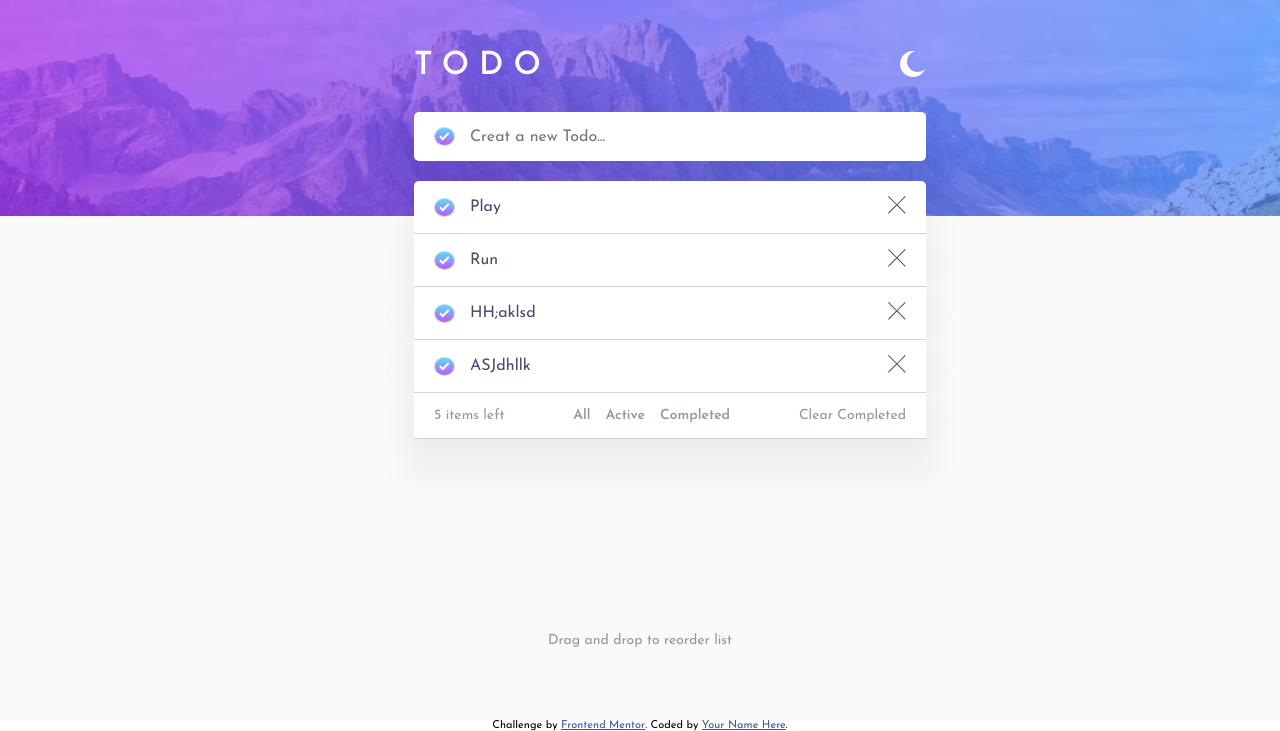
Repository: Baraajad231/Todo-app
Page: /
These files come from the project's save history. The page is drawn as it stood at one moment and after the next save; the edit follows.
The browser window is 1280 px wide. The pictures show the whole page.
The project was rebuilt for these pictures with package versions that can differ from the ones it lists, and the page was loaded fresh each time. Also part of the build but not shown: vite.config.js.

Above is the page before, as saved 2025-12-30 17:15:23.

### index.html
<!DOCTYPE html>
<html lang="en" data-theme="light">
  <head>
    <meta charset="UTF-8" />
    <meta name="viewport" content="width=device-width, initial-scale=1.0" />
    <!-- displays site properly based on user's device -->

    <link
      rel="icon"
      type="image/png"
      sizes="32x32"
      href="./images/favicon-32x32.png"
    />

    <title>Frontend Mentor | Todo app</title>

    <!-- Feel free to remove these styles or customise in your own stylesheet 👍 -->
    <style>
      .attribution {
        font-size: 11px;
        text-align: center;
      }
      .attribution a {
        color: hsl(228, 45%, 44%);
      }
    </style>

    <link rel="preconnect" href="https://fonts.googleapis.com" />
    <link rel="preconnect" href="https://fonts.gstatic.com" crossorigin />
    <link
      href="https://fonts.googleapis.com/css2?family=Josefin+Sans:ital,wght@0,100..700;1,100..700&display=swap"
      rel="stylesheet"
    />

    <link rel="stylesheet" href="./styles/style.scss" />
  </head>
  <body>
    <div class="container">
      <picture class="background-Wrapper">
        <source
          media="(min-width:465px)"
          srcset="images/bg-desktop-light.jpg"
        />
        <img
          src="images/bg-mobile-light.jpg"
          alt="bg-mobile-light"
          class="background background-light"
        />
      </picture>

      <div class="todo">
        <div class="todo__header">
          <h1 class="todo__title">TODO</h1>
          <button class="todo__theme button">
            <img src="images/icon-moon.svg" alt="moon icon" />
          </button>
        </div>
        <ul class="todo__list">
          <li class="todo__list__row todo__list__row-input">
            <button class="checkbox button">
              <img
                src="./images/icon-check.svg"
                alt="check"
                class="checkbox__icon"
              />
            </button>
            <input
              type="text"
              placeholder="Creat a new Todo..."
              class="todo__list__input"
            />
          </li>

          <li class="todo__list__row">
            <button class="checkbox button">
              <img
                src="./images/icon-check.svg"
                alt="check"
                class="checkbox__icon"
              />
            </button>
            <span class="todo__list__task">Play</span>
            <button class="remove-btn button">
              <img src="./images/icon-cross.svg" alt="" class="remove-icon" />
            </button>
          </li>
          <li class="todo__list__row">
            <button class="checkbox button">
              <img
                src="./images/icon-check.svg"
                alt="check"
                class="checkbox__icon"
              />
            </button>
            <span class="todo__list__task">Run</span>
            <button class="remove-btn button">
              <img src="./images/icon-cross.svg" alt="" class="remove-icon" />
            </button>
          </li>
          <li class="todo__list__row">
            <button class="checkbox button">
              <img
                src="./images/icon-check.svg"
                alt="check"
                class="checkbox__icon"
              />
            </button>
            <span class="todo__list__task">HH;aklsd</span>
            <button class="remove-btn button">
              <img src="./images/icon-cross.svg" alt="" class="remove-icon" />
            </button>
          </li>
          <li class="todo__list__row">
            <button class="checkbox button">
              <img
                src="./images/icon-check.svg"
                alt="check"
                class="checkbox__icon"
              />
            </button>
            <span class="todo__list__task">ASJdhllk</span>
            <button class="remove-btn button">
              <img src="./images/icon-cross.svg" alt="" class="remove-icon" />
            </button>
          </li>
          <!-- For mobile -->
          <!-- <li class="todo__list__row todo__list__row--meta">
            <div class="todo__items-left">
              <span class="todo__items-count">5</span>
              <span class="todo__items-text">items left</span>
            </div>

            <button class="todo__list-clear button">Clear Completed</button>
          </li>

          <li class="todo__list__row todo__list__row--filter">
            <button class="todo__list-all button button-filter">All</button>
            <button class="todo__list-active button button-filter">
              Active
            </button>
            <button class="todo__list-completed button button-filter">
              Completed
            </button>
          </li> -->

          <!-- for desktop -->
          <li class="todo__list__row todo__list__row--control">
            <div class="todo__items-left">
              <span class="todo__items-count">5</span>
              <span class="todo__items-text">items left</span>
            </div>

            <div class="todo__list--filter">
              <button class="todo__list-all button button-filter">All</button>
              <button class="todo__list-active button button-filter">
                Active
              </button>
              <button class="todo__list-completed button button-filter">
                Completed
              </button>
            </div>

            <button class="todo__list-clear button">Clear Completed</button>
          </li>
        </ul>
      </div>
    </div>
    <p class="note">Drag and drop to reorder list</p>

    <div class="attribution">
      Challenge by
      <a href="https://www.frontendmentor.io?ref=challenge" target="_blank"
        >Frontend Mentor</a
      >. Coded by <a href="#">Your Name Here</a>.
    </div>
  </body>
</html>

### styles/style.scss
/*variables*/
:root {
  /* ===== Brand / Primary ===== */
  --color-primary: hsl(220, 98%, 61%);

  --gradient-check: linear-gradient(hsl(192, 100%, 67%), hsl(280, 87%, 65%));

  /* ===== Typography ===== */
  --font-family-base: "Josefin Sans", sans-serif;
  --font-size-base: 16px;
  --font-weight-regular: 400;
  --font-weight-bold: 700;
}

:root[data-theme="light"] {
  --color-bg: hsl(0, 0%, 98%);
  --color-surface: #ffffff;

  --color-text-primary: hsl(235, 19%, 35%);
  --color-text-secondary: hsl(236, 9%, 61%);

  --color-border: hsl(233, 11%, 84%);
  --color-completed: hsl(234, 39%, 85%);
}

:root[data-theme="dark"] {
  --color-bg: hsl(235, 21%, 11%);
  --color-surface: hsl(235, 24%, 19%);

  --color-text-primary: hsl(234, 39%, 85%);
  --color-text-secondary: hsl(236, 9%, 61%);

  --color-border: hsl(237, 14%, 26%);
  --color-muted: hsl(233, 14%, 35%);
}

/* Reset */
* {
  margin: 0;
  padding: 0;
  font: inherit;
}

*,
*::after,
*::before {
  box-sizing: border-box;
}

a {
  color: inherit;
  display: inline-block;
}

button,
[type="submit"] {
  background-color: transparent;
  border: none;
  cursor: pointer;
}

ul,
ol {
  list-style: none;
}

html {
  font-size: 62.5%;
}

body {
  font-size: 1.6rem;
  font-family: var(--font-family-base);
  color: var(--color-text-primar);
}
/* End Reset */

/*container*/
.container {
  position: relative;
  height: 100vh;
  background-color: var(--color-bg);
}
.background {
  width: 100vw;
  @media (min-width: 1025px) {
    height: 30%;
  }
}

.todo {
  display: flex;
  flex-direction: column;
  gap: 3rem;
  position: absolute;
  top: 0;
  width: calc(100% - 6rem);
  margin: 5rem 3rem;

  @media (min-width: 768px) {
    width: 70%;
    left: 50%;
    transform: translateX(-50%);
  }

  @media (min-width: 950px) {
    width: 40%;
    left: 50%;
    transform: translateX(-50%);
  }

  &__header {
    display: flex;
    justify-content: space-between;
    .todo__title {
      font-size: 2.4rem;
      color: white;
      letter-spacing: 1rem;
      font-weight: 600;

      @media (min-width: 950px) {
        font-size: 3.2rem;
      }
      @media (min-width: 768px) {
      }
    }
  }

  &__list {
    font-size: 1.2rem;

    @media (min-width: 950px) {
      font-size: 1.6rem;
    }

    &__row {
      background-color: var(--color-surface);
      padding: 1.5rem 2rem;
      display: flex;
      align-items: center;
      color: var(--color-text-primary);
      box-shadow: 0 3rem 3rem 1rem rgba(0, 0, 0, 0.045);
      &--completed {
        text-decoration: line-through;
        color: var(--color-completed);
      }
      &:nth-child(2) {
        border-radius: 0.5rem 0.5rem 0 0;
      }

      & .checkbox {
        border: 1px solid var(--color-border);
        border-radius: 50%;
        background: var(--gradient-check);
        margin-right: 1rem;
        display: flex;
        align-items: center;
        justify-content: center;
        @media (min-width: 950px) {
          margin-right: 1.5rem;
        }

        &__icon {
          padding: 0.4rem;
        }
      }

      & .todo__list__task {
        margin-right: auto;
      }
      &-input {
        margin-bottom: 1.5rem;

        @media (min-width: 950px) {
          margin-bottom: 2rem;
        }
        & .todo__list__input {
          border: none;
          background-color: transparent;

          &:focus {
            outline: none;
            caret-color: var(--color-primary);
          }
        }
      }

      &:not(&-input, &--filter, &--meta) {
        border-bottom: 1px solid var(--color-border);
      }

      &--meta {
        display: flex;
        justify-content: space-between;

        border-radius: 0 0 0.5rem 0.5rem;
      }

      &--filter {
        display: flex;
        justify-content: center;
        gap: 2rem;
        margin-top: 2rem;
        font-size: 1.4rem;
      }
      &--filter,
      &-input {
        border-radius: 0.5rem;
      }
      &--filter,
      &--meta {
        color: var(--color-text-secondary);
      }

      &--control {
        display: flex;
        justify-content: space-between;
        font-size: 1.4rem;
        color: var(--color-text-secondary);

        & .todo__list--filter {
          display: flex;
          gap: 1.5rem;
        }
      }
    }
  }
}

.note {
  position: absolute;
  bottom: 10%;
  left: 50%;
  transform: translateX(-50%);
  width: max-content;
  font-size: 1.4rem;
  color: var(--color-text-secondary);
}

.button {
  color: var(--color-text-secondary);

  &:active {
    transform: scale(0.9);
    color: var(--color-text-primary);
  }

  &-filter {
    &:focus {
      color: var(--color-primary);
    }
    font-weight: 600;
  }
}

After the next save:
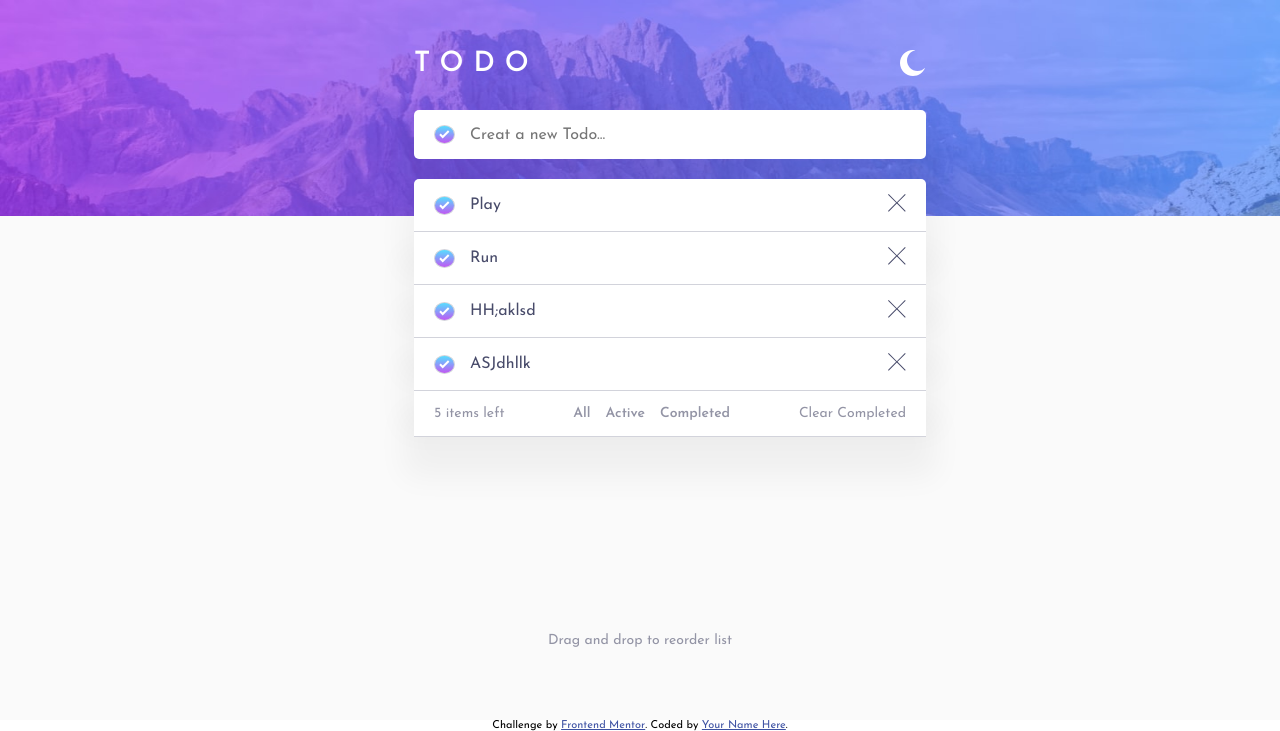
Saved 11 s later.
--- a/styles/style.scss
+++ b/styles/style.scss
@@ -122,6 +122,7 @@ body {
         font-size: 3.2rem;
       }
       @media (min-width: 768px) {
+        font-size: 2.8rem;
       }
     }
   }
